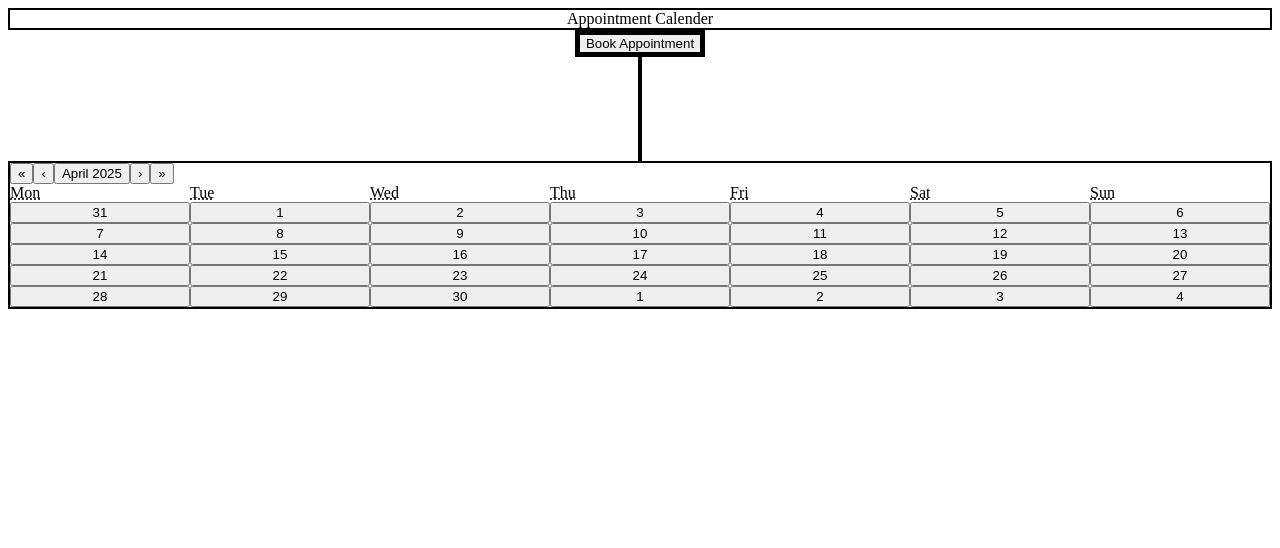
Repository: KennethEskandari/Appointment-Calender-
Page: / (app in Appointment-Calender/)
An editor plug-in stored every save of this project. The page is shown before and after the next save, followed by the edit.
The browser window is 1280 px wide. The pictures show the whole page.
The project was rebuilt for these pictures with package versions that can differ from the ones it lists, and the page was loaded fresh each time. Also part of the build but not shown: Appointment-Calender/vite.config.js.

Above is the page before, as saved 2025-04-15 19:41:36.

### Appointment-Calender/src/App.jsx
import { useState } from 'react'
import Calendar from 'react-calendar'

function App() {
  const [date, setDate] = useState(new Date())

  return (
    <div>
      <header className="h-16 border-2 text-center text-2xl bg-purple-400">Appointment Calender</header>
      <button className="text-2xl mx-auto block border-5 mt-8 bg-purple-400 rounded-lg px-4 py-1">Book Appointment</button>

      <div className="mt-8 mx-auto border-2 rounded-lg" style={{ height: '100px', width: 'fit-content' }}></div>
      <Calendar onChange={setDate} value={date} className="mx-auto mt-8 border-2 rounded-lg" />
    </div>

  )
}

export default App

Loaded but not shown: Appointment-Calender/index.html (common file); Appointment-Calender/src/main.jsx (common file); Appointment-Calender/src/index.css (common file)

After the next save:
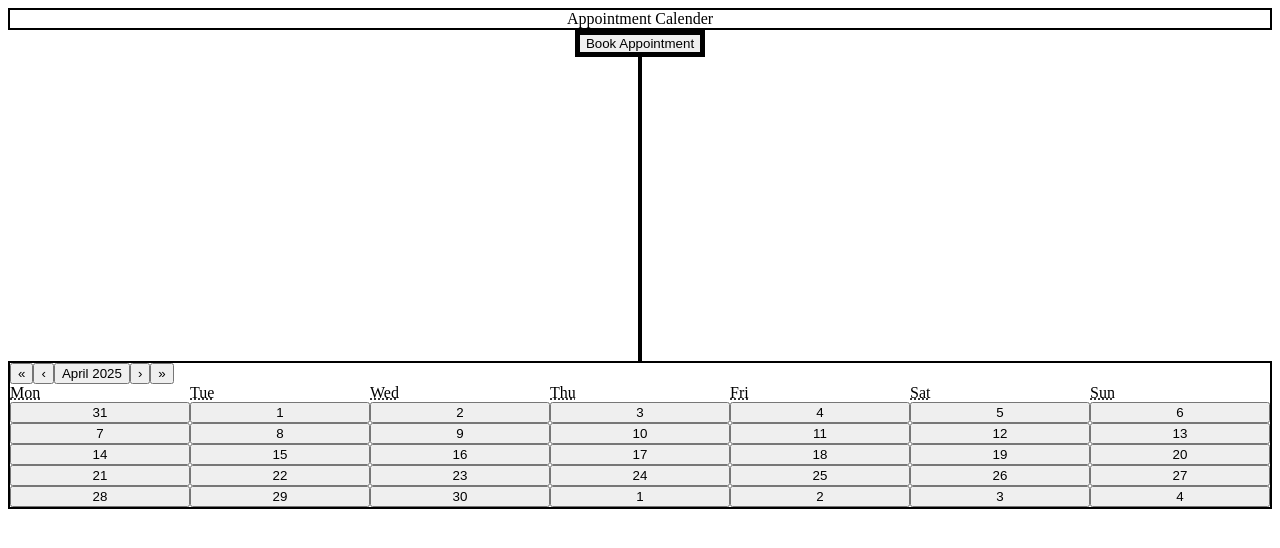
Saved 7 s later.
--- a/Appointment-Calender/src/App.jsx
+++ b/Appointment-Calender/src/App.jsx
@@ -9,7 +9,7 @@ function App() {
       <header className="h-16 border-2 text-center text-2xl bg-purple-400">Appointment Calender</header>
       <button className="text-2xl mx-auto block border-5 mt-8 bg-purple-400 rounded-lg px-4 py-1">Book Appointment</button>
 
-      <div className="mt-8 mx-auto border-2 rounded-lg" style={{ height: '100px', width: 'fit-content' }}></div>
+      <div className="mt-8 mx-auto border-2 rounded-lg" style={{ height: '300px', width: 'fit-content' }}></div>
       <Calendar onChange={setDate} value={date} className="mx-auto mt-8 border-2 rounded-lg" />
     </div>
 
